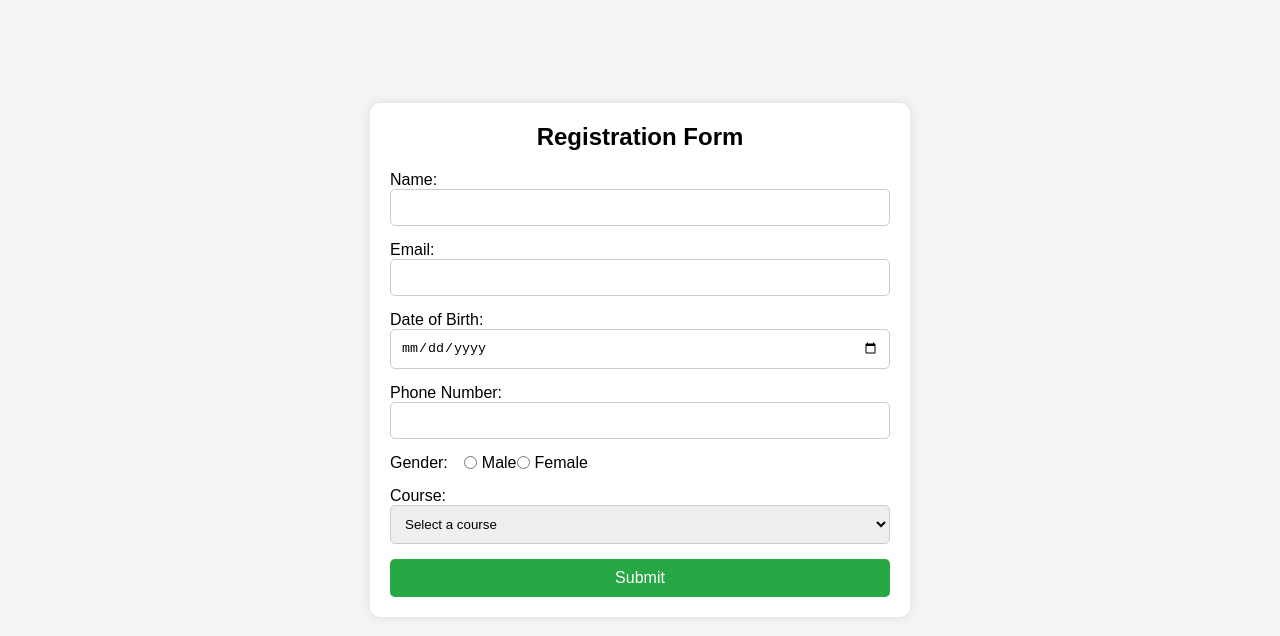
Repository: dhiren1618/OCT-JAVA-2023
Page: http://localhost/JavaServletPractical/
The author's editor kept a copy of each file at every save. The page is drawn from the files as they stood at one save, then again after the next save.
The browser window is 1280 px wide. The pictures show the whole page.
The page is served by Tomcat 9. Other server files are loaded and not shown.

Above is the page before, as saved 2024-06-11 04:17:21.
Console error: ReferenceError: valid is not defined

### JavaServletPractical/src/main/webapp/index.jsp
<%@ page language="java" contentType="text/html; charset=UTF-8"
	pageEncoding="UTF-8"%>
<!DOCTYPE html>
<html>
<head>
<meta charset="UTF-8">
<title>Registration Form</title>

<link rel="stylesheet" href="style.css">

</head>
<body>

	<div class="container">

		<h2>Registration Form</h2>
		<form id="registrationForm" action="StudentController" method="post">
			<div class="form-group">
				<label for="name">Name:</label> <input type="text" id="name"
					name="name" required> <small class="error" id="nameError"></small>
			</div>
			<div class="form-group">
				<label for="email">Email:</label> <input type="email" id="email"
					name="email" required> <small class="error" id="emailError"></small>
			</div>
			<div class="form-group">
				<label for="dob">Date of Birth:</label> <input type="date" id="dob"
					name="dob" required> <small class="error" id="dobError"></small>
			</div>
			<div class="form-group">
				<label for="phone">Phone Number:</label> <input type="tel"
					id="phone" name="phone" pattern="[0-9]{10}" required> <small
					class="error" id="phoneError"></small>
			</div>
			<div class="form-group horizontal">
				<label>Gender:</label>
				<div class="options">

					<input type="radio" id="male" name="gender" value="male" required>
					<label for="male" style="padding: 0px; margin: 0px">Male</label> <input
						type="radio" id="female" name="gender" value="female" required>
					<label for="female">Female</label>
				</div>
				<small class="error" id="genderError"></small>
			</div>
			 <div class="form-group">
                <label for="course">Course:</label>
                <select id="course" name="course" required>
                    <option value="">Select a course</option>
                    <option value="computer-science">Computer Science</option>
                    <option value="business">Business</option>
                    <option value="arts">Arts</option>
                </select>
                <small class="error" id="courseError"></small>
            </div>
            <button type="submit" id="btnSubmit" name="action" value="insert">Submit</button>
		</form>

	</div>

	<script type="text/javascript" src="scripts.js"></script>

</body>
</html>

### JavaServletPractical/src/main/webapp/style.css
*{
	padding: 0px;
	margin: 0px;
}

body {
    font-family: Arial, sans-serif;
    background-color: #f4f4f4;
    margin: 0;
    padding: 0;
    display: flex;
    justify-content: center;
    align-items: center;
    height: 100vh;
    overflow: hidden; /* Disable scrolling on body */
}

.container {
    background-color: white;
    padding: 20px;
    border-radius: 10px;
    box-shadow: 0 0 10px rgba(0, 0, 0, 0.1);
    width: 90%; /* Use a percentage width to adapt to viewport */
    max-width: 500px; /* Set a maximum width */

    overflow-y: auto; /* Enable vertical scrolling */
    overflow-x: hidden; /* Disable horizontal scrolling */
}


h2 {
    text-align: center;
    margin-bottom: 20px;
}


.form-group {
    margin-bottom: 15px;
}

.form-group.horizontal {
    display: flex;
    align-items: center;
}

label {
	margin-right: 16px;
}

.form-group.horizontal .options {
    display: flex;
    align-items: center;
    justify-content: center;
}

input[type="text"],
input[type="email"],
input[type="date"],
input[type="tel"],
select {
    width: 100%;
    padding: 10px;
    border: 1px solid #ccc;
    border-radius: 5px;
    box-sizing: border-box; /* Ensures padding is included in the element's total width and height */
}

input[type="radio"],
input[type="checkbox"] {
    margin-right: 5px;
}


button {
    width: 100%;
    padding: 10px;
    background-color: #28a745;
    border: none;
    border-radius: 5px;
    color: white;
    font-size: 16px;
    cursor: pointer;
}

button:hover {
    background-color: #218838;
}

.error {
    color: red;
    font-size: 12px;
    display: none;
}

### JavaServletPractical/src/main/webapp/scripts.js
let btnSubmit = document.getElementById("btnSubmit");

btnSubmit.addEventListener('click', function(event) {
	//alert("Button Clicked");

	var isValid = true;

	// Name Validation
	var fName = document.getElementById("name").value;

	var namePattern = /^[A-Za-z]+$/;

	if (fName == "") {
		isValid = false;
		document.getElementById("nameError").innerText = "Please enter name";
		document.getElementById('nameError').style.display = "block";
	} else if (!namePattern.test(fName)) {
		isValid = false;
		document.getElementById("nameError").innerText = "Only alphabets are allowed";
		document.getElementById('nameError').style.display = "block";
	} else {
		document.getElementById('nameError').style.display = "none";
	}

	// Gender validation
	const gender = document.querySelector('input[name="gender"]:checked');
	if (!gender) {
		valid = false;
		document.getElementById('genderError').innerText = "Gender is required.";
		document.getElementById('genderError').style.display = "block";
	} else {
		document.getElementById('genderError').style.display = "none";
	}

});

// Prevent form submission if validation fails
if (!valid) {
	event.preventDefault();
}

After the next save:
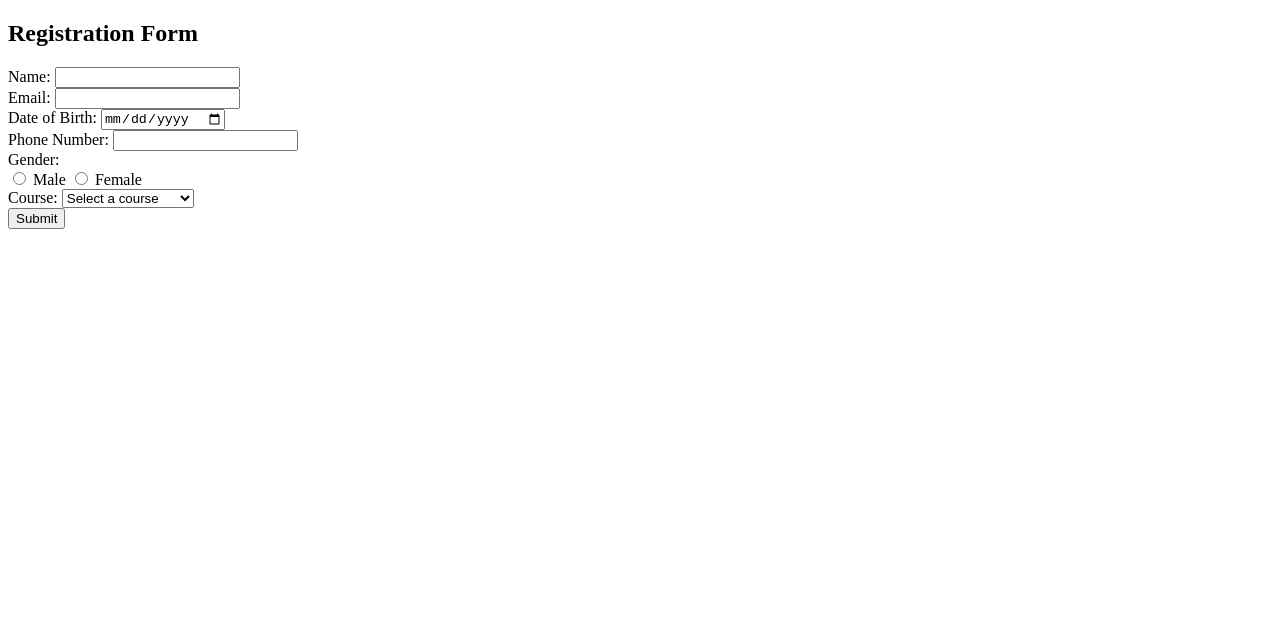
Saved 4 days later.
--- a/JavaServletPractical/src/main/webapp/index.jsp
+++ b/JavaServletPractical/src/main/webapp/index.jsp
@@ -6,7 +6,6 @@
 <meta charset="UTF-8">
 <title>Registration Form</title>
 
-<link rel="stylesheet" href="style.css">
 
 </head>
 <body>
